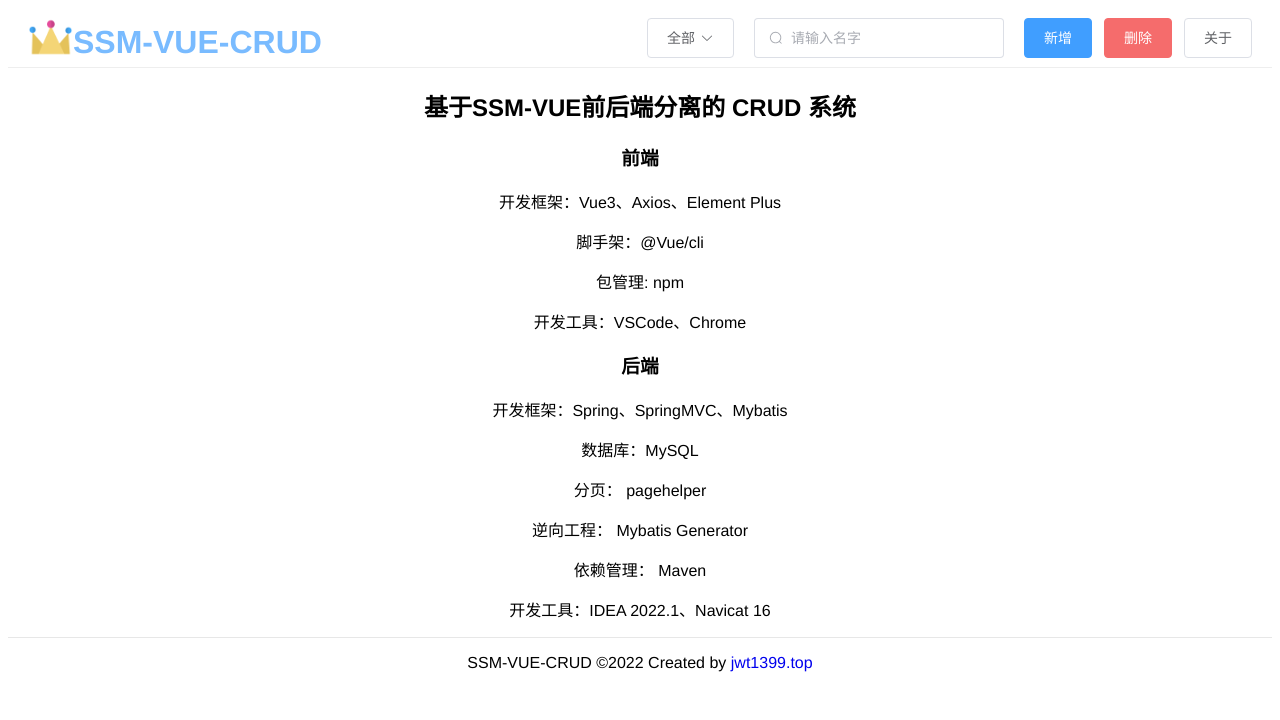
Repository: jwt1399/ssm-vue-crud
Page: /#/about (app in ssm-crud-front/)
An editor plug-in stored every save of this project. The page is shown before and after the next save, followed by the edit.
The browser window is 1280 px wide. The pictures show the whole page.
The project was rebuilt for these pictures with package versions that can differ from the ones it lists, and the page was loaded fresh each time. Also part of the build but not shown: ssm-crud-front/vue.config.js, ssm-crud-front/src/components/Form.vue, ssm-crud-front/src/views/CrudView.vue.

Above is the page before, as saved 2022-06-09 13:27:30.

After the next save:
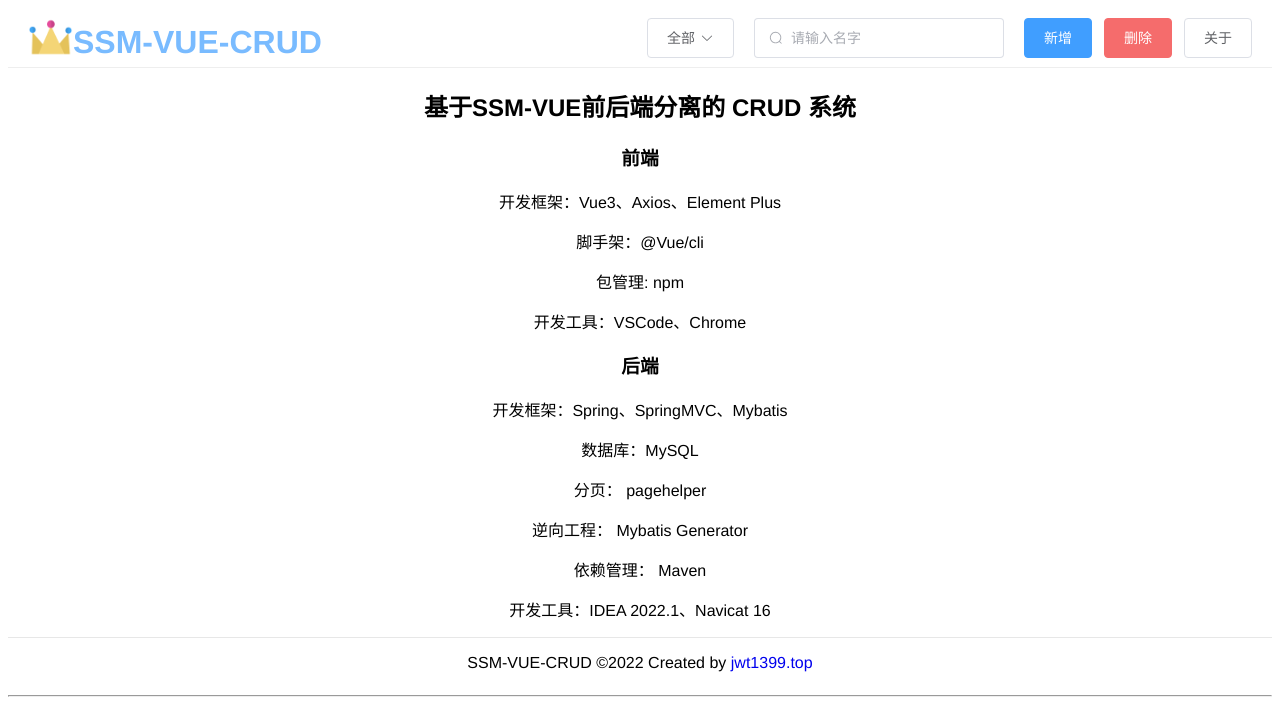
Saved 21 s later.
--- a/ssm-crud-front/src/components/Footer.vue
+++ b/ssm-crud-front/src/components/Footer.vue
@@ -3,6 +3,7 @@
     <span>SSM-VUE-CRUD ©2022 Created by </span>
     <a href="https://jwt1399.top" style="text-decoration: none;"> jwt1399.top</a>
  </el-footer>
+ <hr></hr>
 </template>
 
 
